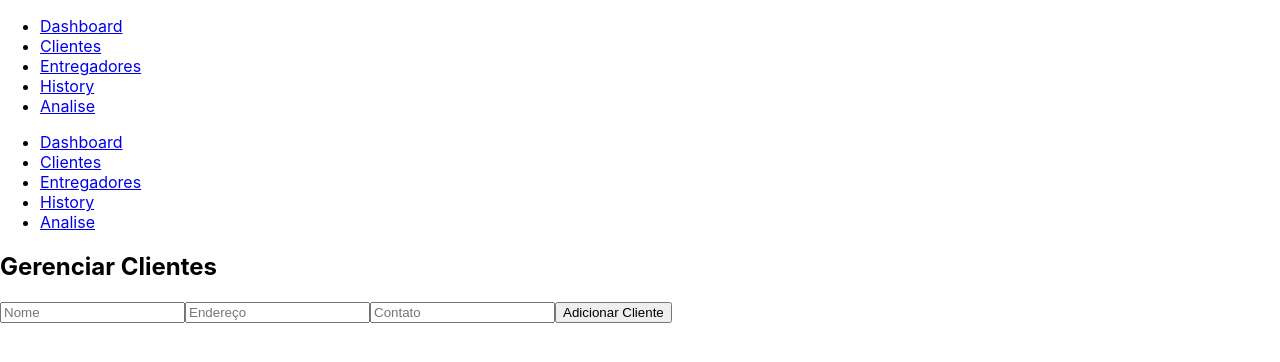
Repository: feliperanon/gestao-entregas
Page: /clientes (app in frontend/)
The author's editor kept a copy of each file at every save. The page is drawn from the files as they stood at one save, then again after the next save.
The browser window is 1280 px wide. The pictures show the whole page.
The page's requests for data from a server got no answer. The project was rebuilt for these pictures with package versions that can differ from the ones it lists, and the page was loaded fresh each time. No one was signed in, and anything a server would have sent is missing. Also part of the build but not shown: frontend/src/pages/Dashboard.js, frontend/src/pages/Entregadores.js, frontend/src/pages/History.js, frontend/src/pages/Analise.js, frontend/src/pages/Login.js.

Above is the page before, as saved 2024-06-30 10:30:33.

After the next save:
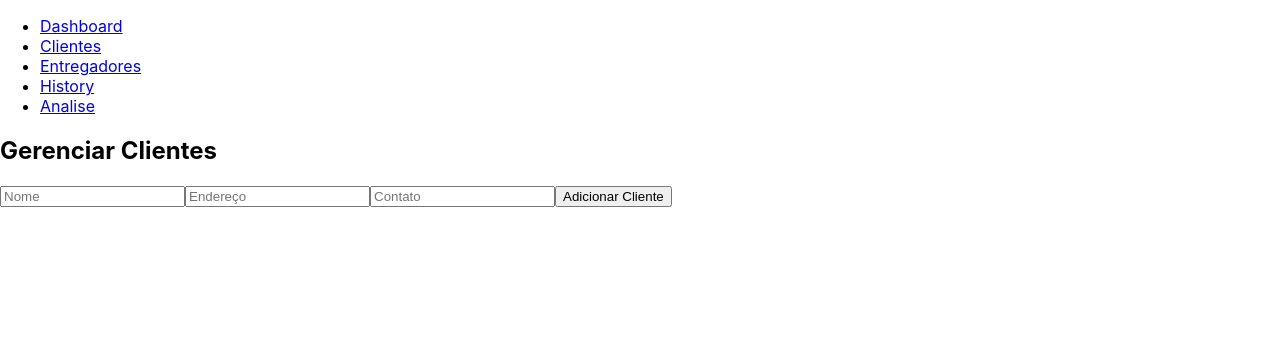
Saved 6 min 16 s later.
--- a/frontend/src/pages/Clientes.js
+++ b/frontend/src/pages/Clientes.js
@@ -1,6 +1,5 @@
 import React, { useState, useEffect } from 'react';
 import api from '../services/api';
-import { Link } from 'react-router-dom';
 
 const Clientes = () => {
   const [clientes, setClientes] = useState([]);
@@ -41,15 +40,6 @@ const Clientes = () => {
 
   return (
     <div>
-      <nav>
-        <ul>
-          <li><Link to="/dashboard">Dashboard</Link></li>
-          <li><Link to="/clientes">Clientes</Link></li>
-          <li><Link to="/entregadores">Entregadores</Link></li>
-          <li><Link to="/history">History</Link></li>
-          <li><Link to="/analise">Analise</Link></li>
-        </ul>
-      </nav>
       <h2>Gerenciar Clientes</h2>
       <form onSubmit={handleSubmit}>
         <input name="nome" value={form.nome} onChange={handleChange} placeholder="Nome" required />
